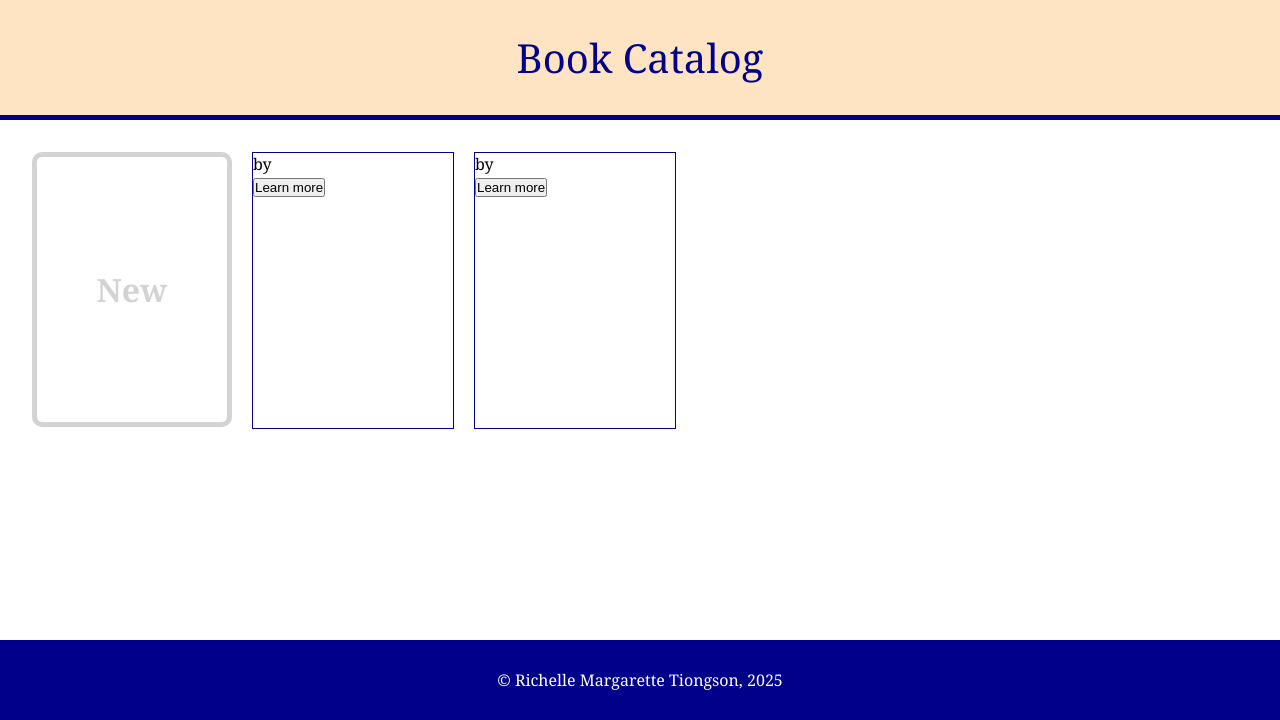
Repository: richelletiongson/comp3170_lab01
Page: /
The author's editor kept a copy of each file at every save. The page is drawn from the files as they stood at one save, then again after the next save.
The browser window is 1280 px wide. The pictures show the whole page.
The project was rebuilt for these pictures with package versions that can differ from the ones it lists, and the page was loaded fresh each time. Also part of the build but not shown: vite.config.js.

Above is the page before, as saved 2025-09-14 00:18:47.

After the next save:
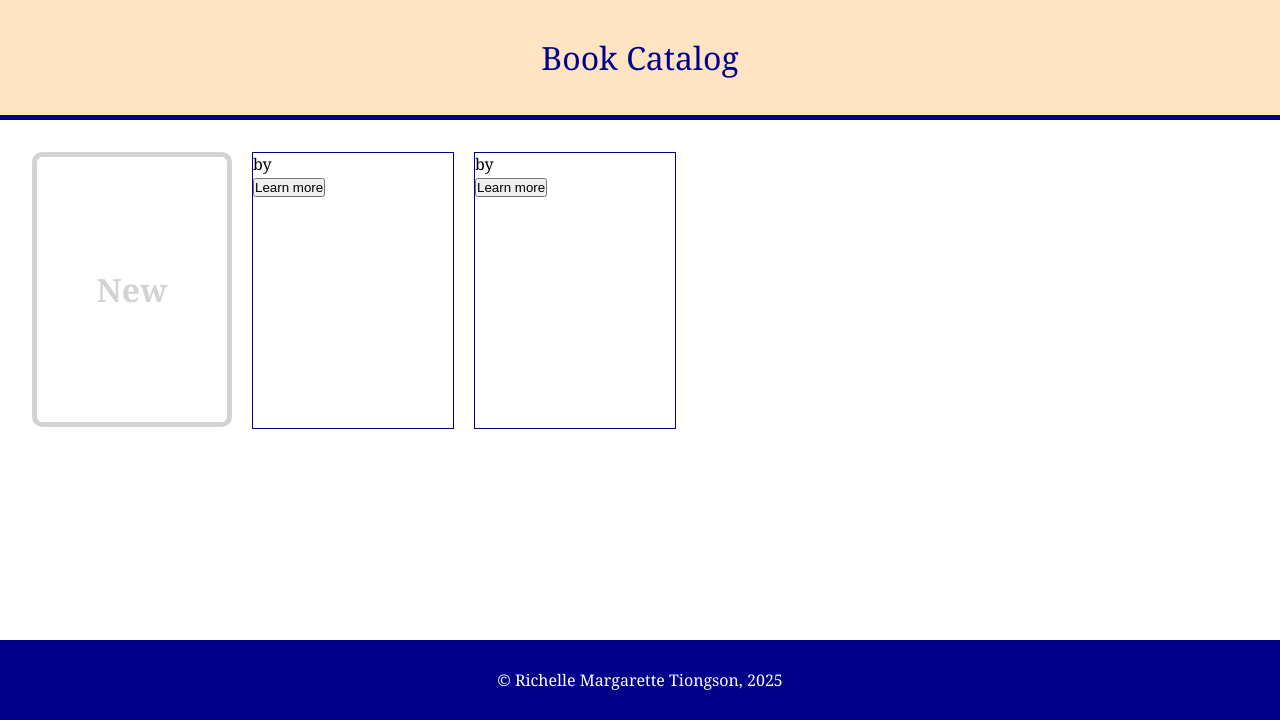
Saved 35 s later.
--- a/src/index.css
+++ b/src/index.css
@@ -27,7 +27,7 @@ body {
 
 .header-title {
   color: darkblue;
-  font-size: 2.5rem;
+  font-size: 32px;
   font-weight: normal;
   text-align: center;
   margin: 0;
